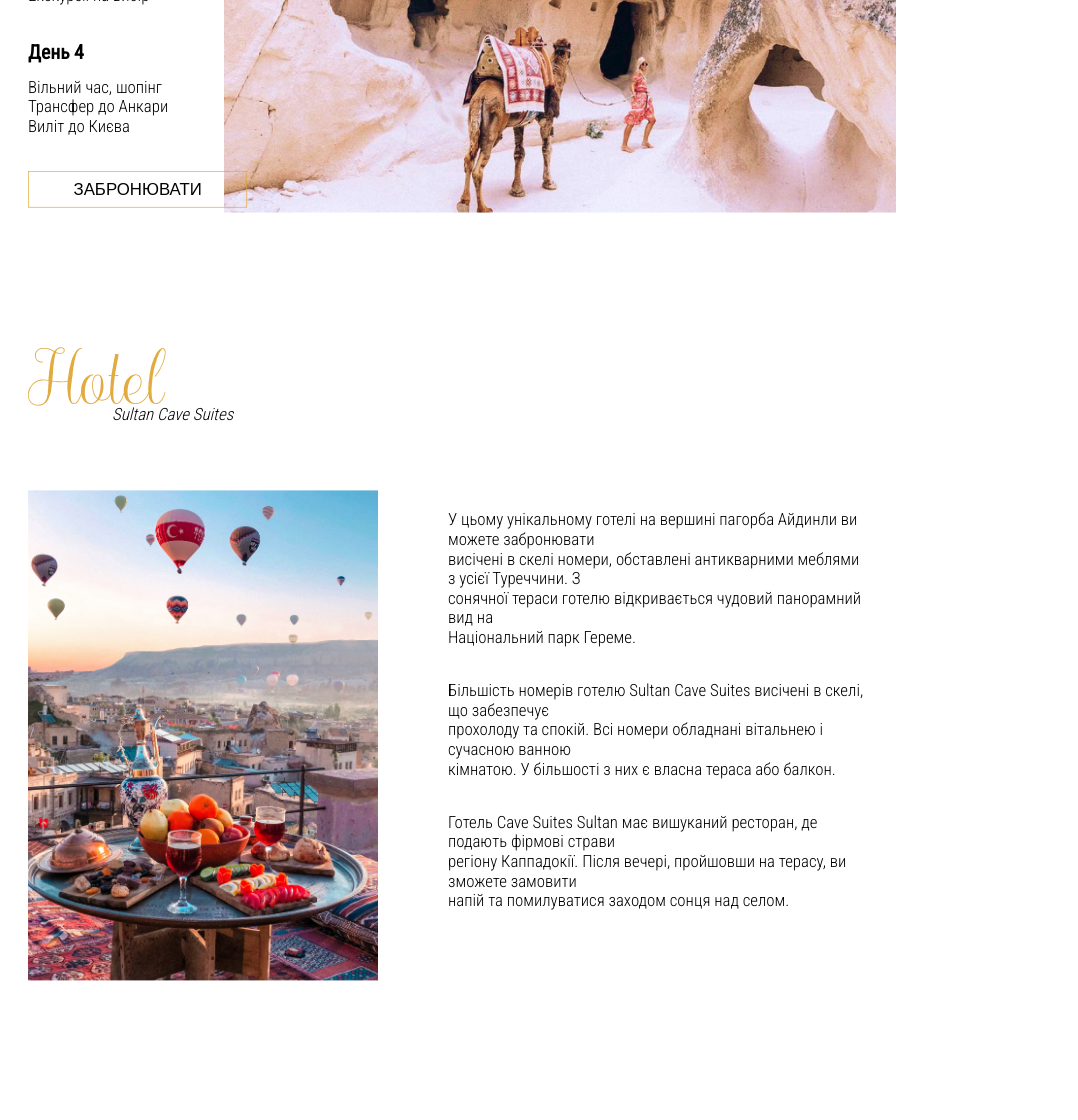
Repository: KYUUBI-K/cappadocia
Page: index.html
The author's editor kept a copy of each file at every save. The page is drawn from the files as they stood at one save, then again after the next save.
The browser window is 1280 px wide. The page is 1540 px wide, so the pictures cover 1540 px, including what lies to the right of the window. The pictures show the part of the page from y = 2832 to 4432 px (the page is 4432 px tall), at 70% of full size.

Above is the page before, as saved 2025-08-21 18:34:17.

After the next save:
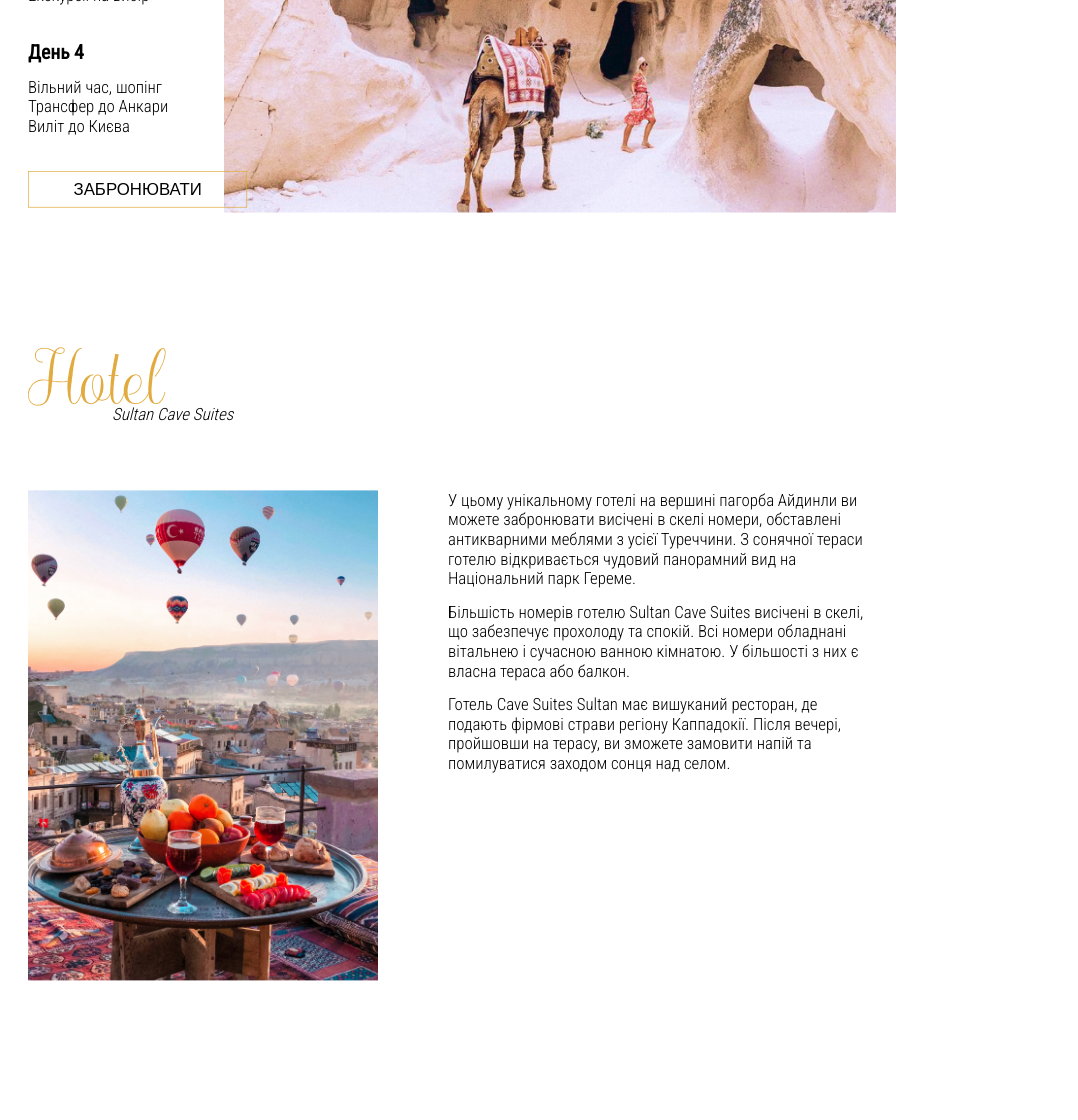
Saved 28 s later.
--- a/styles.css
+++ b/styles.css
@@ -253,7 +253,7 @@
 }
 .hotel-text p {
   margin-bottom: 20px;
-  white-space: pre-line;
+  /* white-space: pre-line; */
 }
 .hotel-img {
   width: 500px;

After the save that followed:
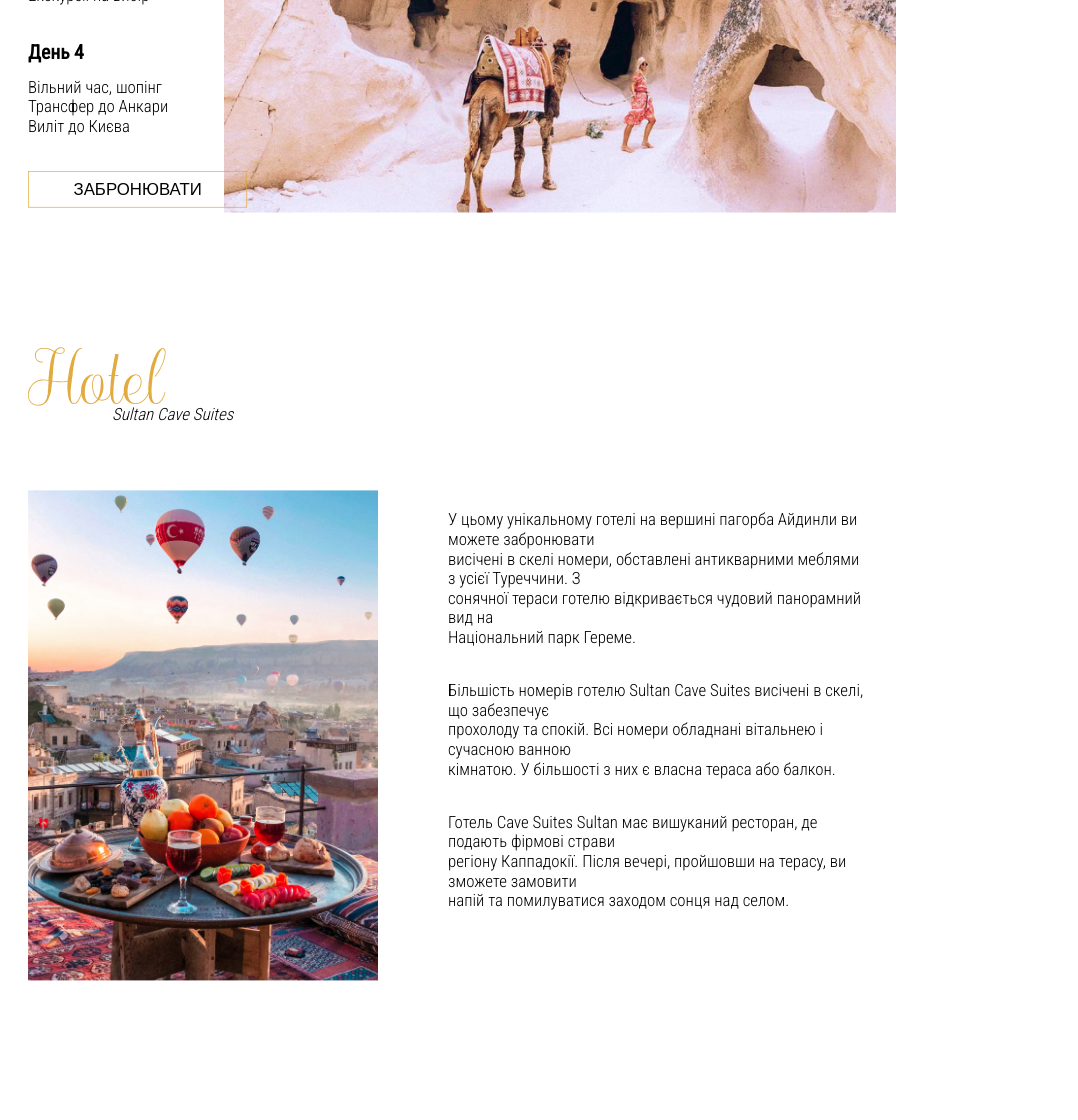
Saved 14 s later.
--- a/styles.css
+++ b/styles.css
@@ -253,7 +253,7 @@
 }
 .hotel-text p {
   margin-bottom: 20px;
-  /* white-space: pre-line; */
+  white-space: pre-line;
 }
 .hotel-img {
   width: 500px;
